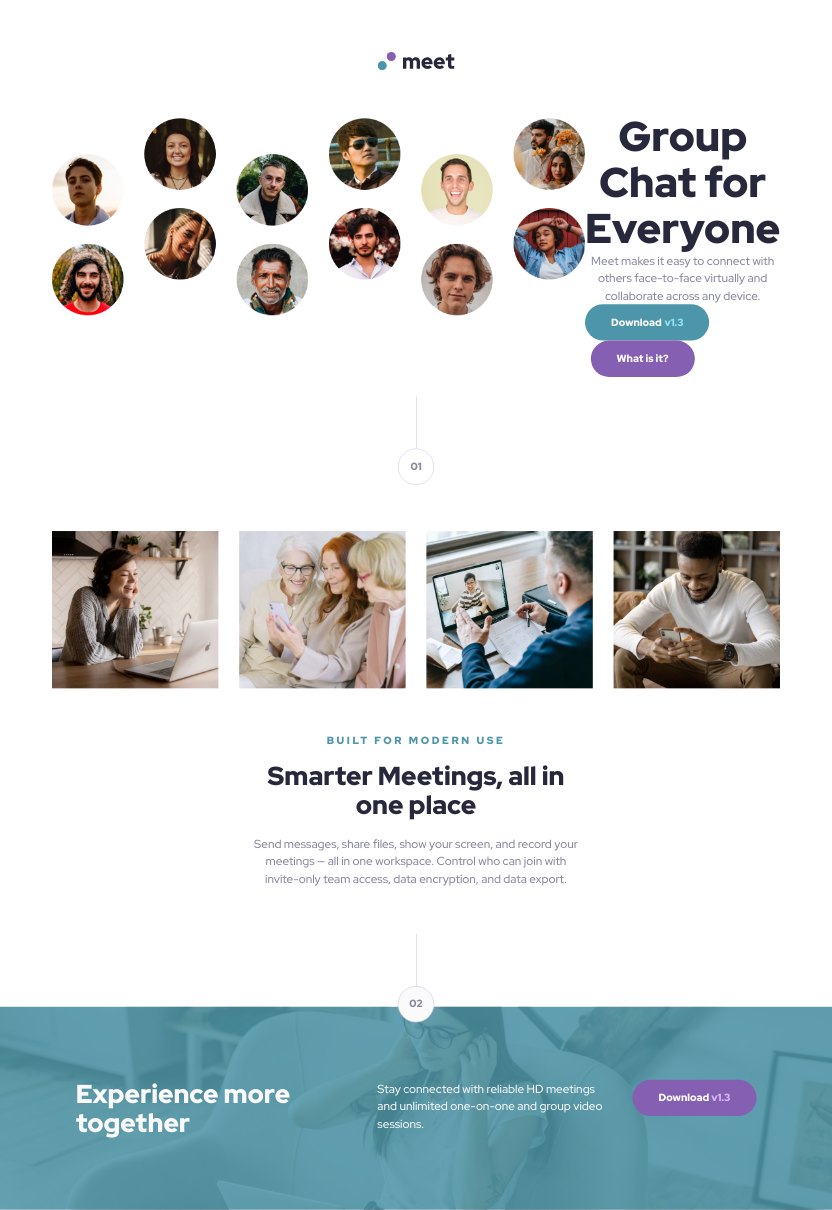
Repository: brandontaylor1/meet-landing-page
Page: index.html
The author's editor kept a copy of each file at every save. The page is drawn from the files as they stood at one save, then again after the next save.
The browser window is 1280 px wide. The pictures show the whole page, at 65% of full size.

Above is the page before, as saved 2025-01-11 23:52:49.

### index.html
<!DOCTYPE html>
<html lang="en">
<head>
    <meta charset="UTF-8">
    <meta name="viewport" content="width=device-width, initial-scale=1.0">
    <link rel="preconnect" href="https://fonts.googleapis.com">
    <link rel="preconnect" href="https://fonts.gstatic.com" crossorigin>
    <link href="https://fonts.googleapis.com/css2?family=Red+Hat+Display:ital,wght@0,300..900;1,300..900&display=swap" rel="stylesheet">
    <link rel="stylesheet" href="styles.css">
    <title>Meet Landing Page</title>
</head>
<body>
    <nav class="navbar">
        <div class="logo-container">
            <img src="./assets/images/logo.svg" alt="meet logo">
        </div>
    </nav>
    <section class="hero-section">
        <img src="" class="responsive-image" alt="responsive-image">
        <img src="./assets/images/image-hero-left.png" class="hero-images"  id="left-faces" alt="Left Faces">
        <div class="hero-content">
            <h1>Group Chat for Everyone</h1>
            <p>Meet makes it easy to connect with others face-to-face virtually and collaborate across any device.</p>
            <div class="btn-container">
                <button class="hero-btn" id="downloadBtn">Download<span>v1.3</span></button>
                <button class="hero-btn" id="whatisitBtn">What is it?</button>
            </div>
        </div>
        <img src="./assets/images/image-hero-right.png" class="hero-images" id="right-faces" alt="Right Faces">
    </section>

    <section class="main-content">
        <div class="content">
            <div class="design-container">
                <div class="gray-line"></div>
                <div class="gray-circle">01</div>
            </div>
            <div class="image-container">
                <img src="./assets/images/image-woman-in-videocall.jpg" alt="woman on video call">
                <img src="./assets/images/image-women-videochatting.jpg" alt="women vidoechatting">
                <img src="./assets/images/image-men-in-meeting.jpg" alt="men in a meeting">
                <img src="./assets/images/image-man-texting.jpg" alt="man texting">
            </div>
            <div class="text-container">
                <h3>Built for Modern Use</h3>
                <h2>Smarter Meetings, all in one place</h2>
                <p>Send messages, share files, show your screen, and record your meetings — all in one workspace. Control who can join with invite-only team access, data encryption, and data export.</p>
            </div>
        </div>
    </section>
    <div class="design-container">
        <div class="gray-line"></div>
        <div class="gray-circle white">02</div>
    </div>
    <section class="footer">
        <div class="footer-grid">
            <h2>Experience more together</h2>
            <p>Stay connected with reliable HD meetings and unlimited one-on-one and group video sessions.</p>
            <button class="hero-btn" id="whatisitBtn">Download <span class="footer-span">v1.3</span></button>
        </div>
    </section>

</body>
</html>

### styles.css
* {
    margin: 0;
    padding: 0;
    box-sizing: border-box
}

:root {
    --color-white: #FAFAFA;
    --color-slate: #87879D;
    --color-lightslate: #D1D1DF;
    --color-darkslate: #28283D;
    --color-cyan: #4D96A9;
    --color-purple: #855FB1;
    --color-lightcyan: #8FE3F9;
    --color-lightpurple: #D9B8FF;

    font-size: 16px;

}

.white {
    background-color: var(--color-white);
}

.navbar {
    display: flex;
    padding: 5rem 5rem 0 5rem;
    flex-direction: column;
    justify-content: flex-end;
    align-items: center;
    gap: var(--spacing-100, .5rem);
    align-self: stretch;

}

.hero-section {
    display: flex;
    justify-content: space-between;
    align-items: center;
    padding: 4rem 5rem;
    height: auto;
    width: 100%;
}

.left-faces {
    padding-right: 95px;
    padding-bottom: 57px;
}

.right-faces {
    padding-left: 95px;
    padding-top: 57px;
}

.responsive-image {
    display: none;
}

.hero-content {
    display: flex;
    flex-direction: column;
    align-items: center;
    justify-content: space-between;
    width: 448px;
    height: 314px;

}

.hero-content h1 {
    font-family: "Red Hat Display", sans-serif;
    font-size: 4rem;
    font-weight: 900;
    line-height: 110%;
    color: var(--color-darkslate);
    text-align: center;
}

.hero-content p {
    font-family: "Red Hat Display", sans-serif;
    font-size: 18px;
    font-weight: 500;
    line-height: 150%;
    color: var(--color-slate);
    text-align: center;

}

.hero-btn {
    padding: 16px 40px;
    border-radius: 29px;
    border: none;

}

#downloadBtn {
    background-color: var(--color-cyan);
    color: var(--color-white);
    font-size: 16px;
    font-family: "Red Hat Display", sans-serif;
    font-weight: 900;
    line-height: 150%;
    margin-right: 8.5px;
}

#downloadBtn span {
    margin-left: 4px;
    color: var(--color-lightcyan);

}

#whatisitBtn {
    background-color: var(--color-purple);
    color: var(--color-white);
    font-size: 16px;
    font-family: "Red Hat Display", sans-serif;
    font-weight: 900;
    line-height: 150%;
    margin-left: 8.5px;
}

.main-content {
    display: flex;
    flex-direction: column;
    align-items: center;
    justify-content: center;
    height: 883px;
    padding: 56px 80px 72px 80px;
}

.content {
    display: flex;
    flex-direction: column;
    align-items: center;
    justify-content: space-between;
    height: 755px;
}

.design-container {
    display: flex;
    justify-content: center;
    align-items: center;
    flex-direction: column;

}

.gray-line {
    width: 1px;
    height: 80px;
    background-color:  var(--color-lightslate);
    z-index: 5;
}

.gray-circle {
    width: 56px;
    height: 56px;
    display: flex;
    align-items: center;
    justify-content: center;
    border-radius: 50%;
    border: 1px solid var(--color-lightslate);
    color: var(--color-slate);
    font-size: 16px;
    font-family: "Red Hat Display", sans-serif;
    font-weight: 900;
    line-height: 150%;
    z-index: 5;
}

.image-container {
    display: grid;
    grid-template-columns: repeat(4, 1fr);
    gap: 32px;
}

.image-container img {
    width: 256px;
    height: auto;
}

.text-container {
    width: 500px;
    height: 235px;
    display: flex;
    flex-direction: column;
    align-items: center;
    justify-content: space-between;
}

.text-container h3 {
    font-family: "Red Hat Display", sans-serif;
    font-size: 16px;
    font-weight: 900;
    line-height: 110%;
    text-transform: uppercase;
    letter-spacing: 4px;
    color: var(--color-cyan);
}

.text-container h2 {
    font-family: "Red Hat Display", sans-serif;
    font-size: 40px;
    font-style: normal;
    font-weight: 900;
    line-height: 110%;
    text-align: center;
    color: var(--color-darkslate);
}

.text-container p {
    font-family: "Red Hat Display", sans-serif;
    font-size: 18px;
    font-style: normal;
    font-weight: 500;
    line-height: 150%;
    text-align: center;
    color: var(--color-slate)
}


.footer {
    padding: 7rem 5rem;
    display: flex;
    align-items: center;
    justify-content: center;
    background-image: url("./assets/images/image-footer.jpg");
    background-size: cover;
    background-position: center;
    background-repeat: no-repeat;
    margin-top: -1.5rem;
    position: relative;
    z-index: 0;
}

.footer-grid {
    display: flex;
    align-items: flex-start;
    justify-content: center;
    grid-template-columns: repeat(3, 1fr);
    width: 70rem;
    gap: 32px;
    z-index: 2;

}

.footer-grid h2 {
    font-family: "Red Hat Display", sans-serif;
    font-size: 2.5rem;
    font-weight: 900;
    line-height: 110%;
    color: var(--color-white);
    width: 27rem;
}

.footer-grid p {
    font-family: "Red Hat Display", sans-serif;
    font-size: 1.125rem;
    font-weight: 500;
    line-height: 150%;
    color: var(--color-white);
    width: 22rem;
}

.footer::before {
    content: "";
    position: absolute;
    top: 0;
    left: 0;
    width: 100%;
    height: 100%;
    background-color: hsla(192, 37%, 48%, 0.85); /* Adjust the color and opacity as needed */
    z-index: 1;
}

.footer-span {
    color: var(--color-lightpurple)
}


@media screen and (max-width: 1350px) {
    .hero-images {
        display: none;
    }

    .responsive-image {
        display: inline-block;
        content: url("./assets/images/tablet/image-hero.png");

    }


}

After the next save:
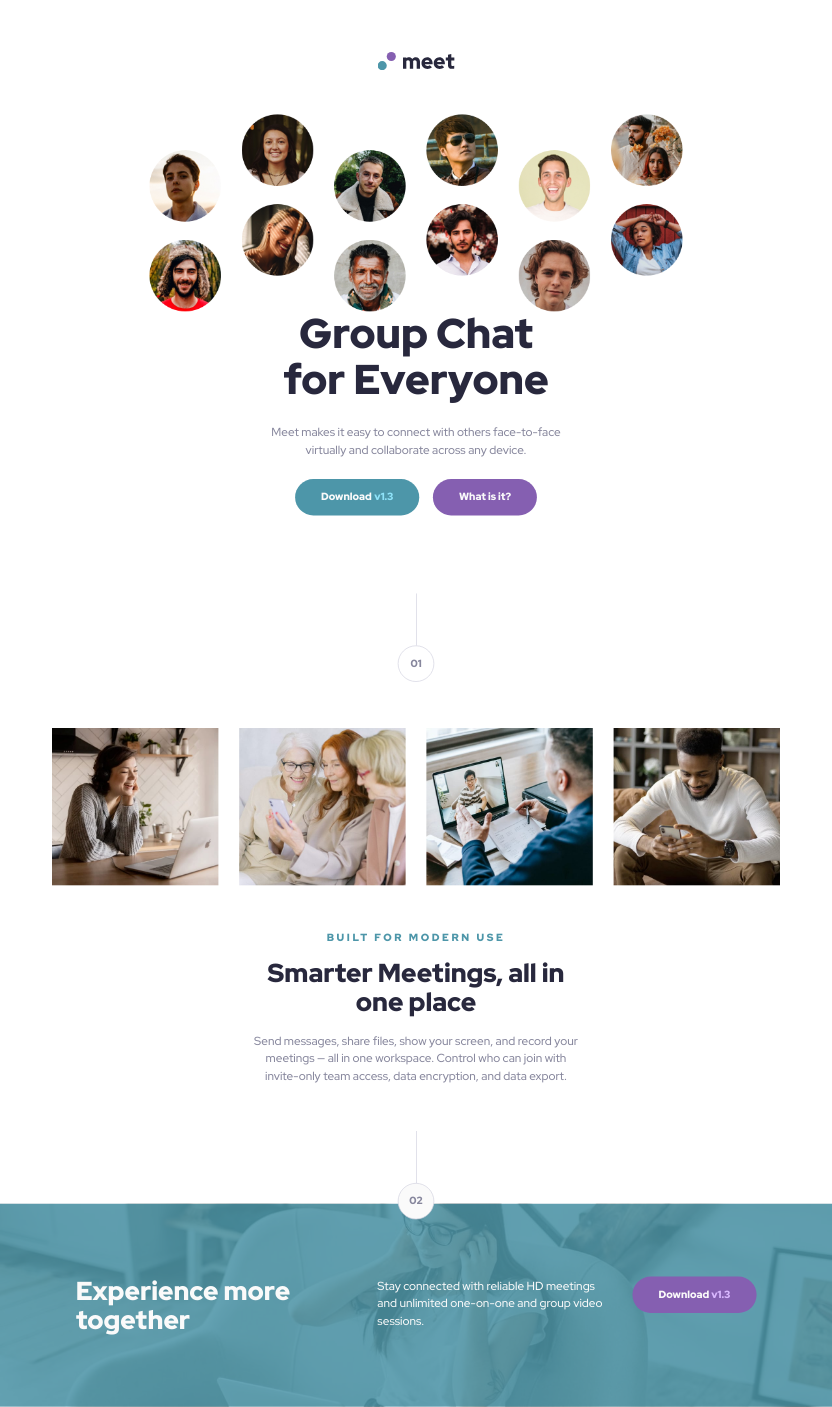
Saved 53 s later.
--- a/styles.css
+++ b/styles.css
@@ -277,6 +277,11 @@
 
 
 @media screen and (max-width: 1350px) {
+    .hero-section {
+        padding: 4rem 2rem;
+        flex-direction: column;
+    }
+
     .hero-images {
         display: none;
     }
